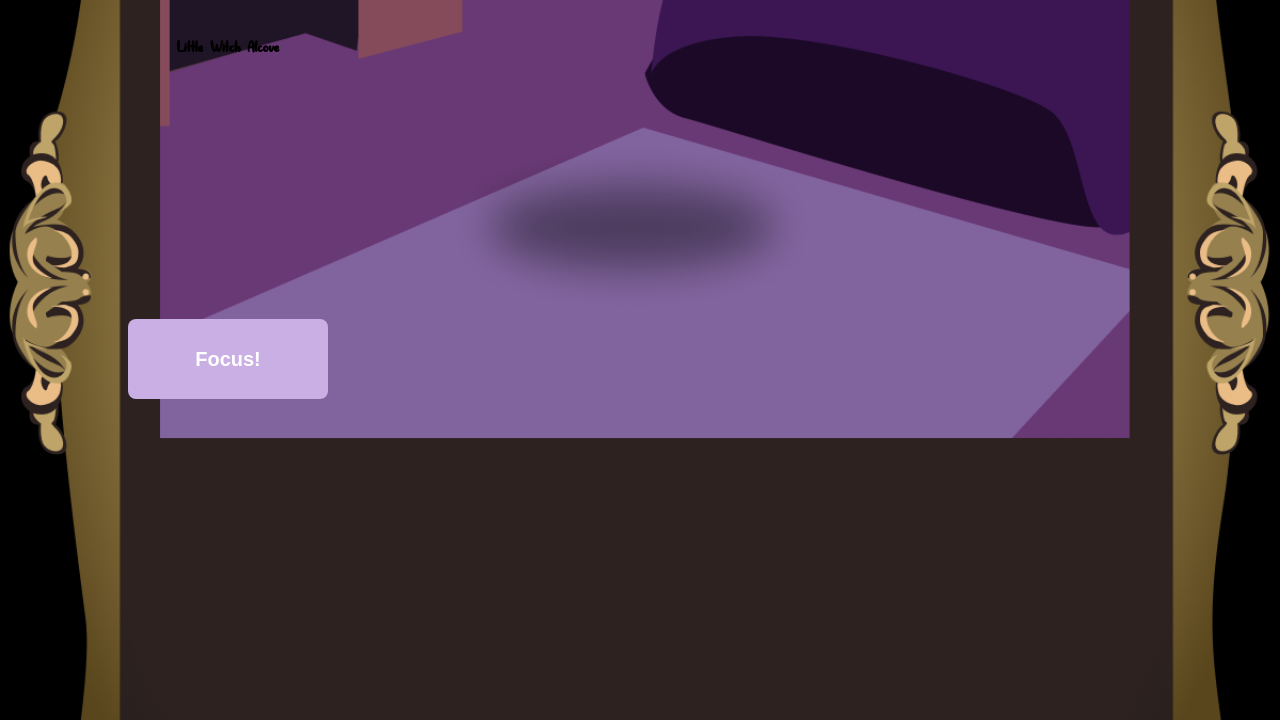
Repository: zhangolivia7/Little-Witch-Alcove
Page: popup.html
These files come from the project's save history. The page is drawn as it stood at one moment and after the next save; the edit follows.
The browser window is 1280 px wide. The pictures show the whole page.

Above is the page before, as saved 2025-11-15 16:05:27.

### popup.html
<!DOCTYPE html>
<html>
  <head>
    <title>Little Witch Alcove</title>
    <link rel="stylesheet" href="popup.css">
  </head>
  <body>
    <h1>Little Witch Alcove</h1>
    <button id="focus-btn"><h2>Focus!</h2></button>

    <script src="popup.js"></script>
  </body>
</html>

### popup.css
@font-face {
    font-family: 'QuiteMagical';
    src: url('Assets/Font/QuiteMagicalRegular.ttf');
}

body {
    width: 400px;
    height: 500px;
    background-image: url('Assets/No UI.png');
    background-repeat: no-repeat;
    background-position: center center;
    background-size: cover;
    background-color: black;
    padding: 20px;
    font-family: 'QuiteMagical';
  }

  h1 {
    font-family: 'QuiteMagical';
    font-size: 18px;
    text-align: center;
  }

  #focus-btn {
    width: 50%;
    margin-left: 25%;
    margin-top: 250px;
    padding: 12px;
    border-radius: 8px;
    background: #CAAFE5;
    color: white;
    font-weight: bold;
    border: none;
    cursor: pointer;
  }

### popup.js
document.getElementById("focus-btn").addEventListener("click", () => {
    alert("Hex of Concentration activated! 🔮");
  });

After the next save:
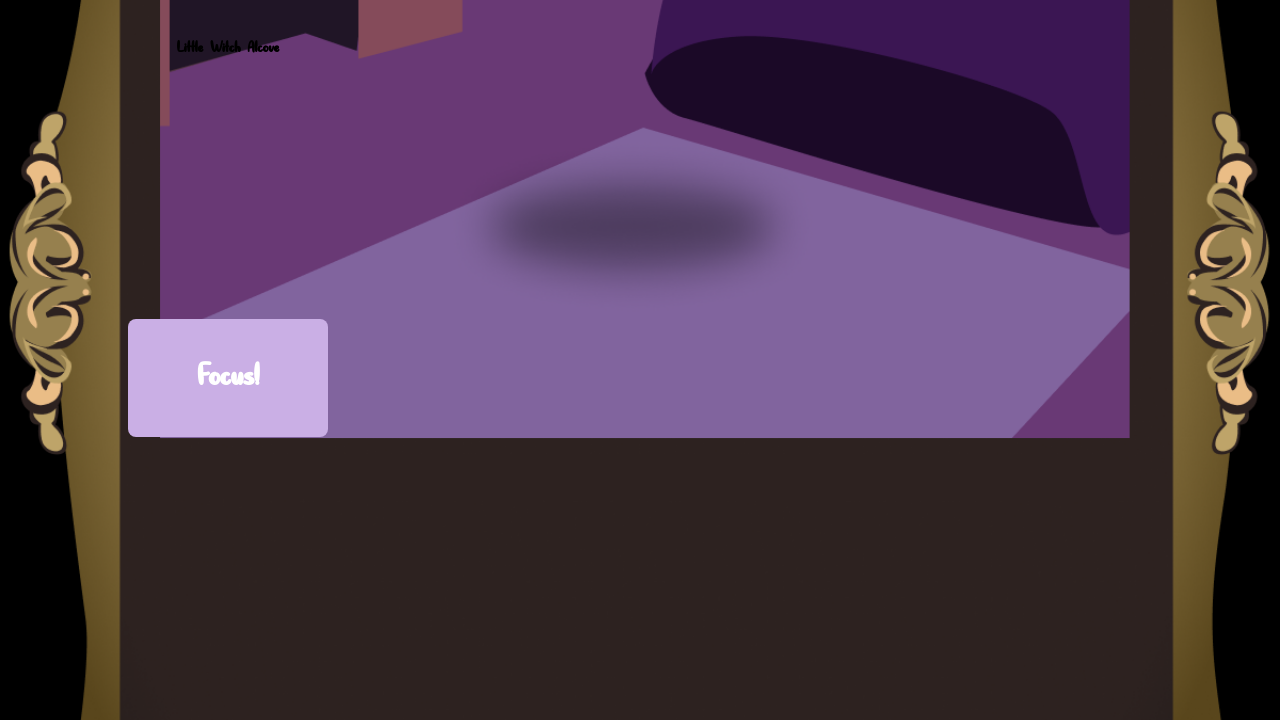
Saved 26 s later.
--- a/popup.css
+++ b/popup.css
@@ -16,8 +16,13 @@ body {
   }
 
   h1 {
+    font-size: 18px;
+    text-align: center;
+  }
+
+  h2 {
     font-family: 'QuiteMagical';
-    font-size: 18px;
+    font-size: 36px;
     text-align: center;
   }
 
